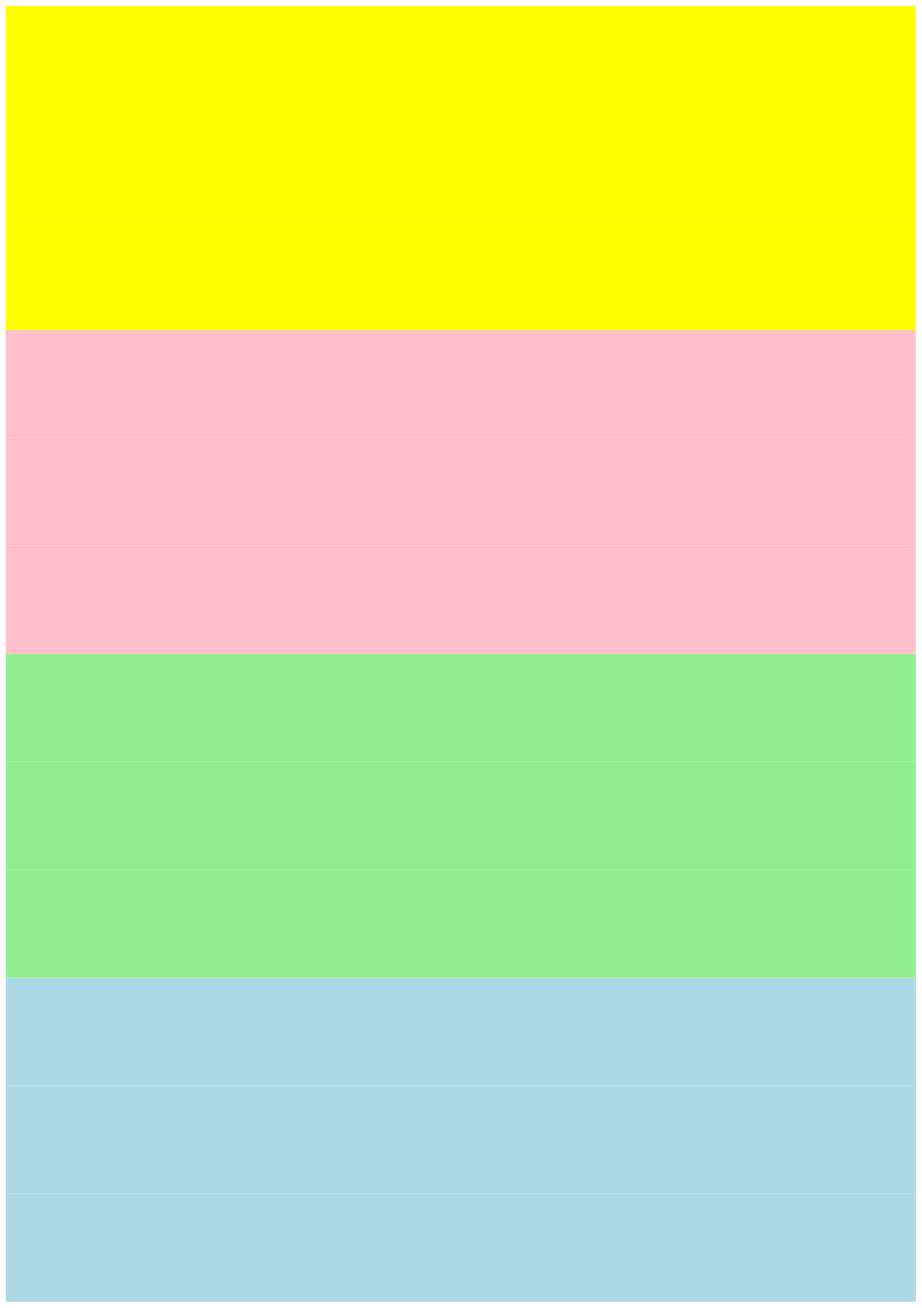
Repository: Yevhen94/nixhw
Page: fourth-lesson/index.html
These files come from the project's save history. The page is drawn as it stood at one moment and after the next save; the edit follows.
The browser window is 1280 px wide. The pictures show the whole page, at 72% of full size.

Above is the page before, as saved 2022-02-08 13:50:42.

### fourth-lesson/index.html
<!DOCTYPE html>
<html lang="en">
  <head>
    <meta charset="UTF-8" />
    <meta http-equiv="X-UA-Compatible" content="IE=edge" />
    <meta name="viewport" content="width=device-width, initial-scale=1.0" />
    <link rel="stylesheet" href="./styles/index.css" />
    <title>Flex+Grid</title>
  </head>
  <body>
    <div class="first-ex">
      <div class="block block--yellow"></div>
      <div class="block block--yellow"></div>
      <div class="block block--yellow"></div>
      <div class="block block--pink"></div>
      <div class="block block--pink"></div>
      <div class="block block--pink"></div>
      <div class="block block--green"></div>
      <div class="block block--green"></div>
      <div class="block block--green"></div>
      <div class="block block--blue"></div>
      <div class="block block--blue"></div>
      <div class="block block--blue"></div>
    </div>
  </body>
</html>

### fourth-lesson/styles/index.css
.first-ex {
  display: grid;
  grid-template-columns: repeat(3 1fr);
}

.block {
  min-height: 150px;
  min-width: 150px;
}

.block--yellow {
  background-color: yellow;
}

.block--pink {
  background-color: pink;
}

.block--green {
  background-color: lightgreen;
}

.block--blue {
  background-color: lightblue;
}

After the next save:
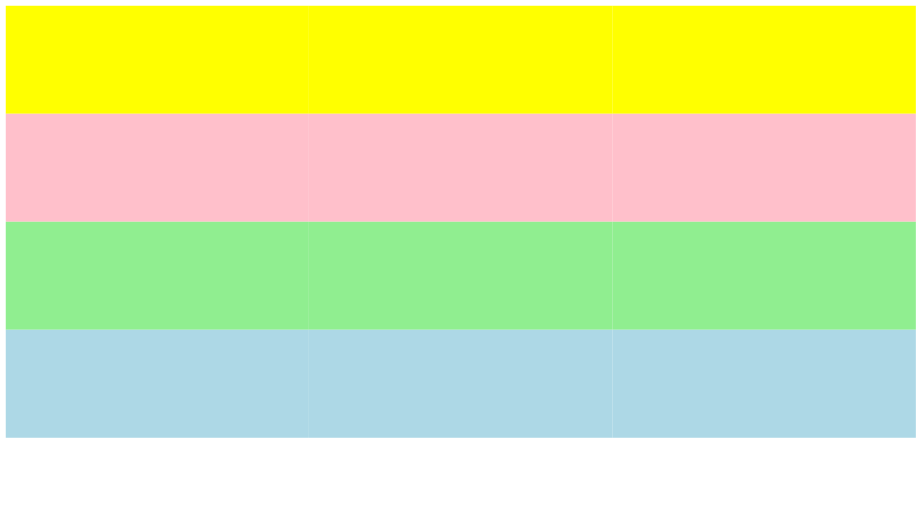
Saved 7 s later.
--- a/fourth-lesson/styles/index.css
+++ b/fourth-lesson/styles/index.css
@@ -1,6 +1,6 @@
 .first-ex {
   display: grid;
-  grid-template-columns: repeat(3 1fr);
+  grid-template-columns: repeat(3, 1fr);
 }
 
 .block {
